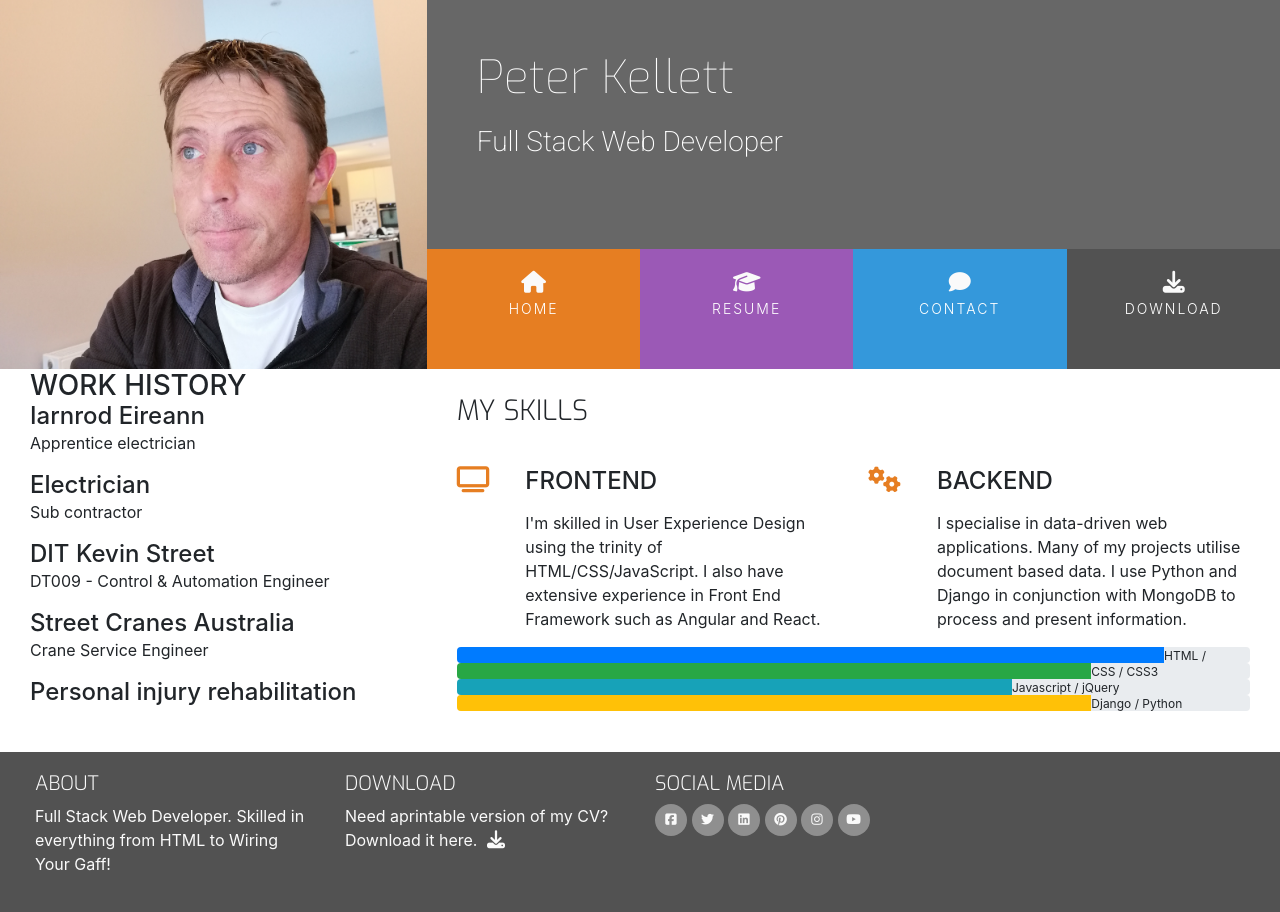
Repository: PeterKellett/resume-tutorial
Page: resume.html
The author's editor kept a record of every edit. The page is drawn from the files as they stood at one moment, then again after the next edit.
The browser window is 1280 px wide. The pictures show the whole page.
Some web libraries are served in a nearby version.

Above is the page before.

### resume.html
<!DOCTYPE html>
<html lang="en">

<head>
    <meta charset="UTF-8">
    <meta name="viewport" content="width=device-width, initial-scale=1.0">
    <meta http-equiv="X-UA-Compatible" content="ie=edge">
    <link rel="stylesheet" href="https://stackpath.bootstrapcdn.com/bootstrap/4.3.1/css/bootstrap.min.css" integrity="sha384-ggOyR0iXCbMQv3Xipma34MD+dH/1fQ784/j6cY/iJTQUOhcWr7x9JvoRxT2MZw1T" crossorigin="anonymous">
    <script src="https://kit.fontawesome.com/5522ae6586.js"></script>
    <link rel="stylesheet" href="https://cdnjs.cloudflare.com/ajax/libs/hover.css/2.3.1/css/hover-min.css" type="text/css" />
    <link rel="stylesheet" href="assets/css/style.css" type="text/css" />
    <title>CV Work History</title>
</head>
<!-------------------------------------------End </head>----------------------------------->

<!--------------------------------------=---Start <body>----------------------------------->

<body>
    <!--------------------------------------=---Start <header>----------------------------------->
    <header>
        <div class="row no-gutters">
            <a href="index.html" class="col-md-4 logo"></a>

            <div class="col-md-8">
                <div class="row no-gutters bg-color-name-title">
                    <div class="col heading">
                        <h1 class="name">Peter Kellett</h1>
                        <h2 class="title">Full Stack Web Developer</h2>
                    </div>
                </div>
                <div class="row no-gutters">
                    <div class="col">
                        <ul id="nav" class="list-inline menucontainer">
                            <li class="col-6 col-sm-3 ui-menu-color-home list-inline-item menuitem">
                                <a href="#" class="hvr-sweep-to-bottom"><i class="fas fa-home" aria-hidde="true"></i><span>Home</span></a>
                            </li>
                            <li class="col-6 col-sm-3 ui-menu-color-resume list-inline-item menuitem">
                                <a href="#" class="hvr-sweep-to-bottom"><i class="fas fa-graduation-cap" aria-hidde="true"></i><span>Resume</span></a>
                            </li>
                            <li class="col-6 col-sm-3 ui-menu-color-contact list-inline-item menuitem">
                                <a href="#" class="hvr-sweep-to-bottom"><i class="fas fa-comment" aria-hidde="true"></i><span>Contact</span></a>
                            </li>
                            <li class="col-6 col-sm-3 ui-menu-color-download list-inline-item menuitem">
                                <a href="#" class="hvr-sweep-to-bottom"><i class="fas fa-download" aria-hidde="true"></i><span>Download</span></a>
                            </li>
                        </ul>
                    </div>
                </div>
            </div>
        </div>
    </header>
    <!-------------------------------------------End </header>----------------------------------->

    <!--------------------------------------=---Start <section>----------------------------------->

    <section class="container-fluid">
        <div class="row">
            <div class="col-md-4 bg-color-work-history section-column">
                <div class="row">
                    <div class="col-12">
                        <h3 class="history-heading uppercase">
                            Work History</h3>
                    </div>
                </div>
                <div class="timeline-item" data-dates="09/1992 - 09/1996">
                    <h4>Iarnrod Eireann</h4>
                    <p>Apprentice electrician</p>
                </div>
                <div class="timeline-item" data-dates="09/1996 - 10/2009">
                    <h4>Electrician</h4>
                    <p>Sub contractor</p>
                </div>
                <div class="timeline-item" data-dates="10/2009 - 05/2011">
                    <h4>DIT Kevin Street</h4>
                    <p>DT009 - Control & Automation Engineer</p>
                </div>
                <div class="timeline-item" data-dates="05/2011 - 10/2011">
                    <h4>Street Cranes Australia</h4>
                    <p>Crane Service Engineer</p>
                </div>
                <div class="timeline-item" data-dates="10/2011 - ">
                    <h4>Personal injury rehabilitation</h4>
                    <p></p>
                </div>
            </div>
            <div class="col-md-8 bg-color-three-reasons section-column">
                <div class="row">
                    <div class="col">
                        <h3 class="section-heading uppercase">My Skills</h3>
                    </div>
                </div>
                <div class="row">
                    <div class="col-10 offset-1 offset-sm-0 col-sm-4 col-md-6">
                        <div class="row">
                            <div class="col-2"><i class="three-reasons-icon fas fa-tv" aria-hidden="true"></i>
                            </div>
                            <div class="col-10">
                                <h4 class="three-reasons-heading uppercase">Frontend</h4>
                                <p>
                                    I'm skilled in User Experience Design using the trinity of HTML/CSS/JavaScript. I also have extensive experience in Front End Framework such as Angular and React.
                                </p>
                            </div>
                        </div>
                    </div>
                    <div class="col-10 offset-1 offset-sm-0 col-sm-4 col-md-6">
                        <div class="row">
                            <div class="col-2"><i class="three-reasons-icon fas fa-cogs" aria-hidden="true"></i>
                            </div>
                            <div class="col-10">
                                <h4 class="three-reasons-heading uppercase">Backend</h4>
                                <p>
                                    I specialise in data-driven web applications. Many of my projects utilise document based data. I use Python and Django in conjunction with MongoDB to process and present information. </p>
                            </div>
                        </div>
                    </div>
                </div>
                <div class="row">
                    <div class="col">
                        <div class="progress">
                            <div class="progress-bar" role="progressbar" aria-valuenow="90" aria-valuemin="0" aria-valuemax="100" style="width:90%;">
                                <span class="sr-only">90% complete</span>
                            </div>
                            <span class="progress-type">HTML / HTML5</span>
                        </div>
                    </div>
                </div>
                <div class="row">
                    <div class="col">
                        <div class="progress">
                            <div class="progress-bar bg-success" role="progressbar" aria-valuenow="80" aria-valuemin="0" aria-valuemax="100" style="width:80%;">
                                <span class="sr-only">80% complete</span>
                            </div>
                            <span class="progress-type">CSS / CSS3</span>
                        </div>
                    </div>
                </div>
                <div class="row">
                    <div class="col">
                        <div class="progress">
                            <div class="progress-bar bg-info" role="progressbar" aria-valuenow="70" aria-valuemin="0" aria-valuemax="100" style="width:70%;">
                                <span class="sr-only">70% complete</span>
                            </div>
                            <span class="progress-type">Javascript / jQuery</span>
                        </div>
                    </div>
                </div>
                <div class="row">
                    <div class="col">
                        <div class="progress">
                            <div class="progress-bar bg-warning" role="progressbar" aria-valuenow="80" aria-valuemin="0" aria-valuemax="100" style="width:80%;">
                                <span class="sr-only">80% complete</span>
                            </div>
                            <span class="progress-type">Django / Python</span>
                        </div>
                    </div>
                </div>
            </div>
        </div>
    </section>
    <!-------------------------------------------End </section>----------------------------------->


    <!--------------------------------------=---Start <footer>----------------------------------->

    <footer class="container-fluid">
        <div id="footer-details" class="row">
            <div class="col-sm-3">
                <h5 class="uppercase general-sub">About</h5>
                <p class="inline-block">
                    Full Stack Web Developer. Skilled in everything from HTML to Wiring Your Gaff!
                </p>
            </div>
            <div class="col-sm-3">
                <h5 class="uppercase general-sub">Download</h5>
                <p class="inline-block">Need aprintable version of my CV? Download it here.
                    <a href="#" target="_blank" class="cv-pdf">
                    <i class="fas fa-download" aria-hidden="true"></i>
                    <span class="sr-only">Download link.</span>
                </a>
                </p>
            </div>
            <div class="col-sm-3">
                <h5 class="uppercase general-sub">Social Media</h5>
                <ul class="list-inline social-links">
                    <li class="list-inline-item">
                        <a target="_blank" href="#">
                            <i Class="fab fa-facebook-square" aria-hidden="true"></i>
                            <span class="sr-only">Facebook</span>
                        </a>
                    </li>
                    <li class="list-inline-item">
                        <a target="_blank" href="#">
                            <i Class="fab fa-twitter" aria-hidden="true"></i>
                            <span class="sr-only">Twitter</span>
                        </a>
                    </li>
                    <li class="list-inline-item">
                        <a target="_blank" href="#">
                            <i Class="fab fa-linkedin" aria-hidden="true"></i>
                            <span class="sr-only">LinkedIn</span>
                        </a>
                    </li>
                    <li class="list-inline-item">
                        <a target="_blank" href="#">
                            <i Class="fab fa-pinterest" aria-hidden="true"></i>
                            <span class="sr-only">Pinterest</span>
                        </a>
                    </li>
                    <li class="list-inline-item">
                        <a target="_blank" href="#">
                            <i Class="fab fa-instagram" aria-hidden="true"></i>
                            <span class="sr-only">Instagram</span>
                        </a>
                    </li>
                    <li class="list-inline-item">
                        <a target="_blank" href="#">
                            <i Class="fab fa-youtube" aria-hidden="true"></i>
                            <span class="sr-only">YouTube</span>
                        </a>
                    </li>

                </ul>
            </div>
        </div>
    </footer>
    <!-------------------------------------------End </footer>----------------------------------->

</body>
<!-------------------------------------------End </body>----------------------------------->

</html>

### assets/css/style.css
@import url('https://fonts.googleapis.com/css?family=Roboto:100,200,300,400,500,600,700|Exo:100,200,300,400,500,600,700');

/*------------------------------Colors-------------------------*/

.bg-color-name-title {
    background: #676767;

}

.bg-color-three-reasons {
    background-color: #fff;
}

.bg-color-personal-info {
    background-color: #f4f4f4;
}

.ui-menu-color-home {
    background-color: #e67e22;
}

.ui-menu-color-resume {
    background-color: #9b59b6;
}

.ui-menu-color-contact {
    background-color: #3498db;
}

.ui-menu-color-download {
    background-color: #525252;
}

/*------------------------------Special Paddings/margins/text-------------------------*/

h1,
h2,
h3,
h4 {
    margin: 0;
}

.uppercase {
    text-transform: uppercase;
}

.general-sub {
    font-family: "exo", sans-serif;
    font-weight: 300;
    color: #fafafa;
}

.inline-block {
    display: inline-block;
}

.row-table {
    display: table;
}

.section-column {
    display: table-cell;
    padding: 0 30px 30px;
    float: none;
}

.section-heading {
    font-family: "Exo", sans-serif;
    font-weight: 300;
    margin-top: 25px;
    margin-bottom: 40px;
}

/*------------------------------Heading-------------------------*/

header {
    margin: 0;
}

.heading {
    margin-left: 50px;
}

.logo {
    background: url("../images/IMG_20190807_202109.jpg");
    background-position: center;
    background-repeat: no-repeat;
    background-size: cover;
    min-height: 360px;
    transition: all .5s ease-in-out;
    -moz-transition: all .5s ease-in-out;
    -webkit-transition: all .5s ease-in-out;
    -o-transition: all .5s ease-in-out;
}

.name {
    font-family: "Exo", sans-serif;
    font-weight: 100;
    font-size: 46px;
    margin-top: 50px;
    color: #fff;
}

.title {
    font-family: "Roboto", sans-serif;
    font-weight: 200;
    font-size: 28px;
    margin-top: 20px;
    margin-bottom: 90px;
    color: #fff;
}

.list-inline-item:not(:last-child) {
    margin: 0;
}

.menucontainer {
    font-size: 0;
}

#nav {
    margin: 0;
}

#nav li {
    font-size: 14px;
    padding: 0;
}

.menuitem {
    height: 120px;
    text-align: center;
    padding: 0;
}

.menuitem a {
    width: 100%;
    text-decoration: none;
    color: #fff;
    height: 120px;
}

.menuitem a i {
    padding-top: 22px;
    display: block;
    color: #fafafa;
    font-size: 22px;
}

.menuitem span {
    display: block;
    width: 100%;
    padding-top: 5px;
    text-align: center;
    text-transform: uppercase;
    font-size: 14px;
    font-weight: 300;
    letter-spacing: 2px;
}

/*------------------------------Hover.css-------------------------*/

.hvr-sweep-to-bottom:before {
    background: rgba(0, 0, 0, 0.2);
    height: 120px;
}

/*------------------------------Footer-------------------------*/

footer {
    background-color: #525252;
    color: #fafafa;
    min-height: 120px;
    margin: 0;
}

.cv-pdf i {
    font-size: 18px;
    color: #fafafa;
    text-align: center;
    padding-left: 5px;
    transition: all 0.35s ease-in-out;
    -moz-transition: all 0.35s ease-in-out;
    -webkit-transition: all 0.35s ease-in-out;
    -o-transition: all 0.35s ease-in-out;
}

.cv-pdf i:hover {
    color: #e84610;
}

.social-links {
    padding-bottom: 15px;
}

.social-links li a i {
    width: 32px;
    height: 32px;
    padding: 12px 0;
    border-radius: 50%;
    font-size: 13px;
    line-height: 7px;
    text-align: center;
    color: #fafafa;
    background: #8f8f8f;
    transition: all 0.35s ease-in-out;
    -moz-transition: all 0.35s ease-in-out;
    -webkit-transition: all 0.35s ease-in-out;
    -o-transition: all 0.35s ease-in-out;
}

.social-links li a i:hover {
    background: #e84610;
}

#footer-details {
    padding: 20px;
}

/*------------------------------Three reasons-------------------------*/

.three-reasons-icon {
    font-size: 26px;
    color: #e67e22;
}

.three-reasons-heading {
    margin-bottom: 15px;

}

/*------------------------------Personal Info-------------------------*/

.personal-info-item {
    margin-bottom: 20px;
    display: block;
    clear: both;
}

.personal-info-item .key,
.personal-info-item .value {
    padding-right: 8px;
    display: inline-block;
}

.personal-info-item .key p,
.personal-info-item .value p {
    margin: 0;
}

.personal-info-item .key {
    width: 30%;
    margin-right: 21px;
    padding-top: 2px;
    vertical-align: top;
}

.personal-info-item .key p {
    font-weight: 700;
}

.personal-info-item .value {
    position: relative;
    width: 60%;
}

After the next edit:
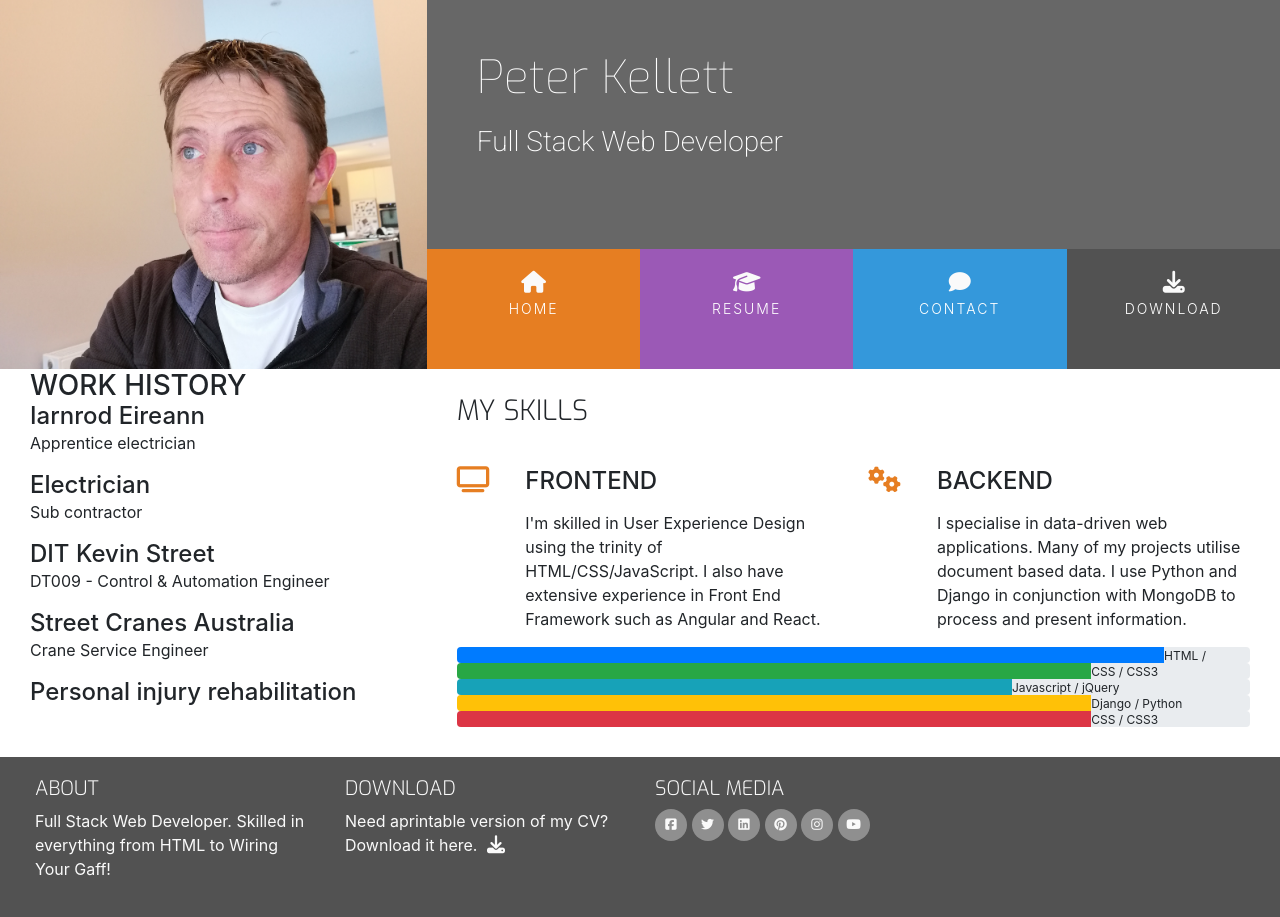
The edit:
--- a/resume.html
+++ b/resume.html
@@ -154,6 +154,16 @@
                         </div>
                     </div>
                 </div>
+                <div class="row">
+                    <div class="col">
+                        <div class="progress">
+                            <div class="progress-bar bg-danger" role="progressbar" aria-valuenow="80" aria-valuemin="0" aria-valuemax="100" style="width:80%;">
+                                <span class="sr-only">80% complete</span>
+                            </div>
+                            <span class="progress-type">CSS / CSS3</span>
+                        </div>
+                    </div>
+                </div>
             </div>
         </div>
     </section>
